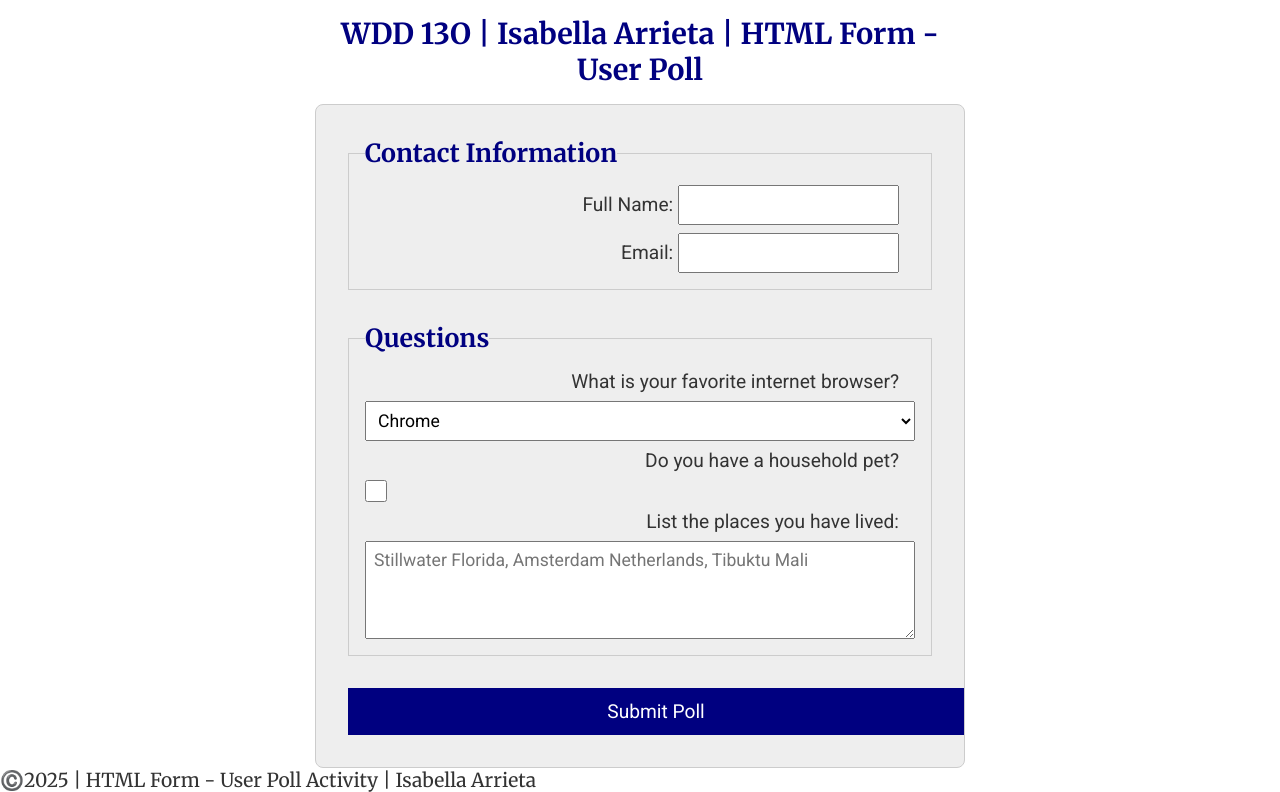
Repository: isaAJ05/wdd130
Page: week05/poll-form.html
These files come from the project's save history. The page is drawn as it stood at one moment and after a run of saves; the edit follows.
The browser window is 1280 px wide. The pictures show the whole page.

Above is the page before, as saved 2025-06-14 18:45:49.

### week05/poll-form.html
<!DOCTYPE html>
<html lang="en-us">
<head>
    <meta charset="UTF-8">
    <meta name="viewport" content="width=device-width, initial-scale=1.0">
    <title>WDD 130 | HTML Form - User Poll</title>
    <meta name="description" content="Poll form">
    <meta name="author" content="Isabella Arrieta">
    <link rel="stylesheet" href="styles/poll-form.css">
    <link rel="preconnect" href="https://fonts.googleapis.com">
    <link rel="preconnect" href="https://fonts.gstatic.com" crossorigin>
    <link href="https://fonts.googleapis.com/css2?family=Merriweather:wght@400;700&family=Roboto:wght@400;700&display=swap" rel="stylesheet">
</head>
<body>
    <header>
        <h1>WDD 13O | Isabella Arrieta | HTML Form - User Poll</h1>
    </header>
    <main>
        <form>
            <fieldset>
                <legend>Contact Information</legend>
                <label>Full Name: <input type="text" name="fullname"></label>
                <label>Email: <input type="email" id="useremail" name="useremail"></label>
            </fieldset>
            <fieldset>
                <legend>Questions</legend>
                <label for="browser">What is your favorite internet browser?</label>
                <select id="browser" name="browser">
                    <option value="chrome">Chrome</option>
                    <option value="firefox">Firefox</option>
                    <option value="safari">Safari</option>
                    <option value="edge">Edge</option>
                    <option value="brave">Brave</option>
                    <option value="other">Other</option>
                </select>
                <label for="pet">Do you have a household pet?</label>
                <input type="checkbox" id="pet" name="pet">
                <label for="feedback">List the places you have lived:</label>
                <textarea id="feedback" name="feedback" rows="4" placeholder="Stillwater Florida, Amsterdam Netherlands, Tibuktu Mali"></textarea>
            </fieldset>
            <button type="submit">Submit Poll</button>
        </form>
    </main>
    <footer>
        <p>©️2025 | HTML Form - User Poll Activity | Isabella Arrieta</p>

    </footer>
</body>
</html>

### week05/styles/poll-form.css
* {
    margin: 0;
    padding: 0;
    box-sizing: border-box;
}
body {
    font-family: Merriweather, Georgia, serif;
    font-size: 1.2em;
    color: #333;
    background: #fff;
}
header{
    margin: 0 auto;
    width: 650px;
}
h1{
    margin: 1rem;
    font-size: 1.5em;
    color: navy;
    text-align: center;
}
form {
    margin: 0 auto;
    width: 650px;
    padding: 1rem;
    border: 1px solid #ccc;
    border-radius: 0.5rem;
    background-color: #eee;
    display: grid;
}
fieldset {
    display: grid;
    grid-gap: .5rem;
    margin: 1rem;
    border: 1px solid #ccc;
    padding: 1rem;
}
legend {
    font-weight: bold;
    color: navy;
    font-size: 1.3em;
}
label, input, button, select, textarea {
    font-family: Roboto, Arial, sans-serif;
}
label {
    text-align: right;
    padding-right: 1rem;
}
input, select, textarea {
    padding: 0.5rem;
    font-size: 1.1rem;
}
input[type="checkbox"] {
    width: 22px;
    height: 22px;
    vertical-align: bottom;;
}
button{
    margin: 1rem;
    width: 100%;
    background-color: navy;
    color: white;
    border: none;
    padding: 0.75rem;
    font-size: 1.2rem;
}
button:hover {
    background-color: darkgreen;
}

After the next 2 saves:
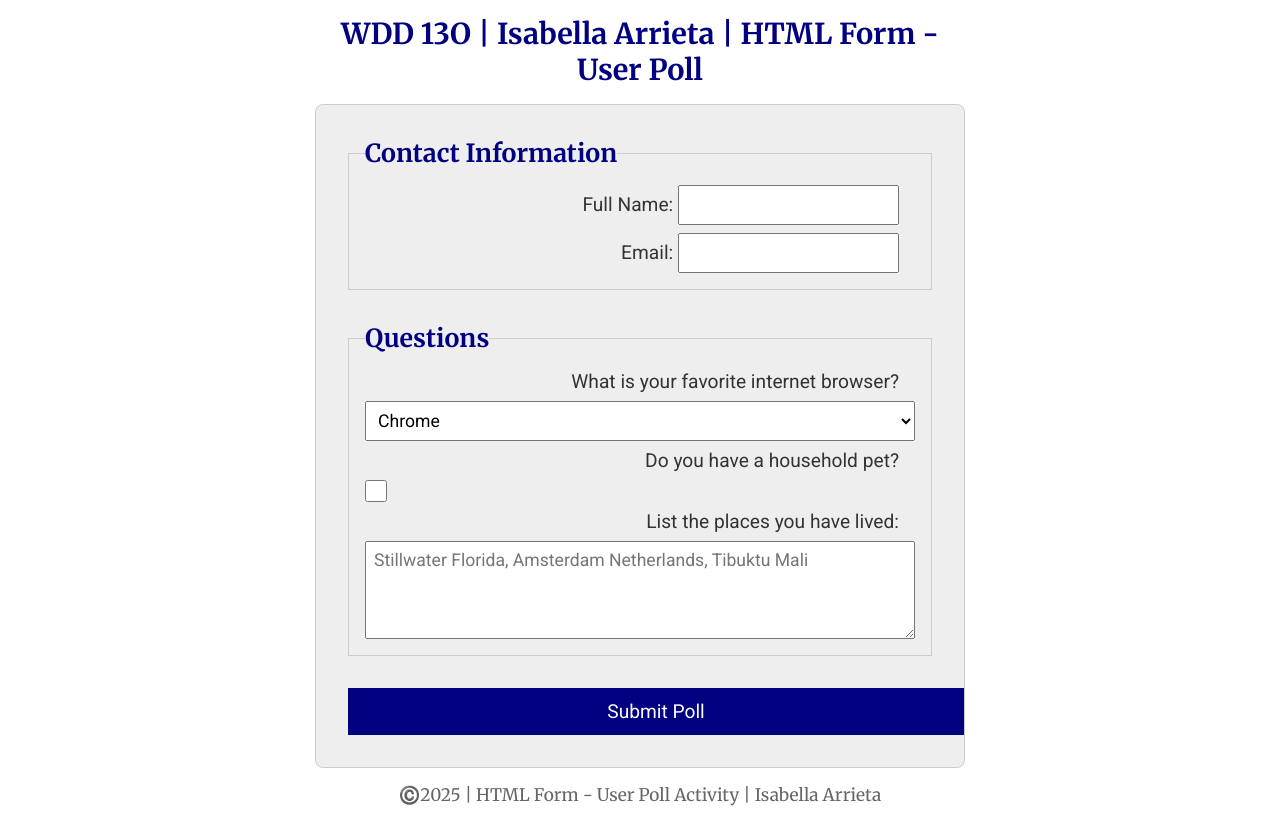
The 2 saves are shown as one change because they came seconds apart.
The last was saved 6 s later.
--- a/week05/styles/poll-form.css
+++ b/week05/styles/poll-form.css
@@ -68,3 +68,10 @@ button{
 button:hover {
     background-color: darkgreen;
 }
+footer{
+    margin: 1rem auto;
+    width: 650px;
+    text-align: center;
+    font-size: 0.9em;
+    color: #666;
+}
